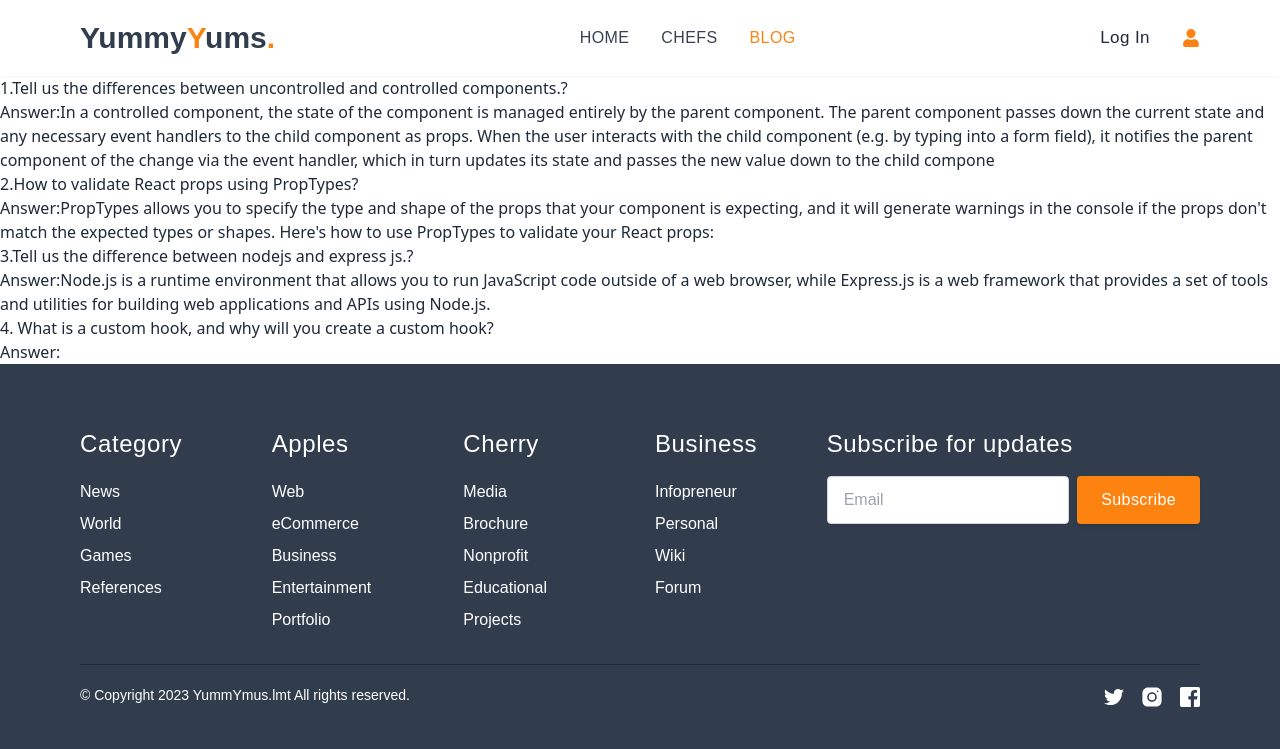
Repository: mdrubel02/yummy-yums-client
Page: /blog
These files come from the project's save history. The page is drawn as it stood at one moment and after the next save; the edit follows.
The browser window is 1280 px wide. The pictures show the whole page.
The project was rebuilt for these pictures with package versions that can differ from the ones it lists, and the page was loaded fresh each time. Also part of the build but not shown: vite.config.js, src/Pages/Home/BannerItem.jsx, src/Pages/Home/Banner.jsx, src/Shared/SectionTitle/SectionTitle.jsx, src/Pages/Chefs/Chef.jsx, src/Pages/Chefs/Chefs.jsx, src/Pages/Home/categories.jsx, src/Pages/Home/Activities.jsx and 13 more.

Above is the page before, as saved 2023-05-04 21:16:29.

### index.html
<!DOCTYPE html>
<html lang="en">
  <head>
    <meta charset="UTF-8" />
    <link rel="icon" type="image/svg+xml" href="/vite.svg" />
    <meta name="viewport" content="width=device-width, initial-scale=1.0" />
    <title>YummyYums</title>
  </head>
  <body>
    <div id="root"></div>
    <script type="module" src="/src/main.jsx"></script>
  </body>
</html>

### src/main.jsx
import React from 'react'
import ReactDOM from 'react-dom/client'
import App from './App'
import './index.css'
import AuthProviders from './Context/AuthProviders'
import router from './Layout/router'
import { RouterProvider } from 'react-router-dom'
import { Toaster } from 'react-hot-toast';

ReactDOM.createRoot(document.getElementById('root')).render(
  <React.StrictMode>
    <AuthProviders>
      <Toaster />
      <RouterProvider router={router} />
    </AuthProviders>
  </React.StrictMode>,
)

### src/Context/AuthProviders.jsx
import { GithubAuthProvider, GoogleAuthProvider, createUserWithEmailAndPassword, getAuth, onAuthStateChanged, signInWithPopup, signOut, updateProfile } from 'firebase/auth';
import React, { createContext, useEffect, useState } from 'react';
import app from '../Firebase/firebase.config';

export const AuthContext = createContext(null)
const auth = getAuth(app);
const AuthProviders = ({children}) => {
   const [user,setUser]=useState(null)
   const [loading,setLoading] = useState(true)
    const googleProvider = new GoogleAuthProvider();
    const githubProvider = new GithubAuthProvider();
  //sign with create user
  const createUser = (email,password)=>{
    return createUserWithEmailAndPassword(auth, email, password)
  }
    // user sign in
    const userSignIn=(email,password)=>{
        setLoading(true)
        return signInWithEmailAndPassword(auth,email,password)
    }
  //signIn with google
    const googleSignIn = ()=>{
        setLoading(true)
        return signInWithPopup(auth, googleProvider)
    }
  //signIn with google
    const githubSignIn = ()=>{
        setLoading(true)
        return signInWithPopup(auth, githubProvider)
    }
       // update user profile
       const updateUserProfile=(profile)=>{
        setLoading(true)
        return updateProfile(auth.currentUser,profile)
    }
    //handle logout
    const handleLogout = ()=>{
        setLoading(true)
        return signOut(auth)
    }
    useEffect(()=>{
        const unsubscribe = onAuthStateChanged(auth, (user) =>{
            console.log('user is here', user);
            setUser(user)
            setLoading(false)
        })
        return ()=>{
            return unsubscribe()
        }
    },[])
    const userInfo = { googleSignIn,createUser,user,handleLogout,updateUserProfile,loading,githubSignIn,userSignIn}
    return (
        <AuthContext.Provider value={userInfo}>
            {children }
        </AuthContext.Provider>
    );
};

export default AuthProviders;

### src/Layout/router.jsx
import { createBrowserRouter } from "react-router-dom";
import Main from "./Main";
import Home from "../Pages/Home/Home";
import Login from "../User/Login";
import Register from "../User/Register";
import Blog from "../Components/Blog/Blog";
import Blogs from "../Pages/Blogs/Blogs";
import ErrorPage from "../Pages/ErrorPage/ErrorPage";
import Chefs from "../Pages/Chefs/Chefs";
import ChefSingle from "../Pages/Chefs/ChefSingle/ChefSingle";
import PrivateRoute from "./PrivateRoute";




const router = createBrowserRouter([{
    path: '/',
    element: <Main />,
    errorElement:<ErrorPage/>,
    children: [
        { path: '/', element: <Home /> },
        { path: '/home', element: <Home /> },
        { path: '/login', element: <Login /> },
        {path:'/register',element:<Register />},
        {path:'/blog',element:<Blogs/>},
        {path:'/chefs',element:<Chefs/>},
        {path:'/chefSingle/:id',
        loader: async ({ params }) => {
            return fetch(`http://localhost:5000/chefSingle/${params.id}`)
        },
        element:<PrivateRoute><ChefSingle/></PrivateRoute>},
    ]
}]);
export default router;

### src/Layout/Main.jsx
import React from 'react';
import { Outlet } from 'react-router-dom';
import Header from '../Shared/Header/Header';
import Footer from '../Shared/Footer/Footer';

const Main = () => {
    return (
        <div>
            <Header />
            <Outlet />
            <Footer />
        </div>
    );
};

export default Main;

### src/Pages/Blogs/Blogs.jsx
import React from 'react';

const Blogs = () => {
    return (
        <section className='container max-auto'>
            <div>
                <h2>1.Tell us the differences between uncontrolled and controlled components.?</h2>
                <p>Answer:In a controlled component, the state of the component is managed entirely by the parent component. The parent component passes down the current state and any necessary event handlers to the child component as props. When the user interacts with the child component (e.g. by typing into a form field), it notifies the parent component of the change via the event handler, which in turn updates its state and passes the new value down to the child compone</p>
                <h2>2.How to validate React props using PropTypes?</h2>
                <p>Answer:PropTypes allows you to specify the type and shape of the props that your component is expecting, and it will generate warnings in the console if the props don't match the expected types or shapes. Here's how to use PropTypes to validate your React props:</p>
                <h2>3.Tell us the difference between nodejs and express js.?</h2>
                <p>Answer:Node.js is a runtime environment that allows you to run JavaScript code outside of a web browser, while Express.js is a web framework that provides a set of tools and utilities for building web applications and APIs using Node.js.</p>
                <h2> 4. What is a custom hook, and why will you create a custom hook?</h2>
                <p>Answer:</p>
            </div>
        </section>
    );
};

export default Blogs;

### src/Shared/Footer/Footer.jsx
import React from 'react';



const Footer = () => {
    return (
        <div className="bg-secondary font-jost">
        <div className="pt-16 mx-auto px-4 sm:px-10 lg:px-20 ">
          <div className="grid row-gap-10 mb-8 lg:grid-cols-6">
            <div className="grid grid-cols-2 gap-5 row-gap-8 lg:col-span-4 md:grid-cols-4">
              <div>
                <p className="font-medium tracking-wide text-white text-2xl mb-5 font-jost">
                  Category
                </p>
                <ul className="mt-2 space-y-2">
                  <li>
                    <a
                      href="/"
                      className="text-white transition-colors duration-300 hover:text-deep-purple-accent-200"
                    >
                      News
                    </a>
                  </li>
                  <li>
                    <a
                      href="/"
                      className="text-white transition-colors duration-300 hover:text-deep-purple-accent-200"
                    >
                      World
                    </a>
                  </li>
                  <li>
                    <a
                      href="/"
                      className="text-white transition-colors duration-300 hover:text-deep-purple-accent-200"
                    >
                      Games
                    </a>
                  </li>
                  <li>
                    <a
                      href="/"
                      className="text-white transition-colors duration-300 hover:text-deep-purple-accent-200"
                    >
                      References
                    </a>
                  </li>
                </ul>
              </div>
              <div>
                <p className="font-medium tracking-wide text-white text-2xl mb-5 font-jost">Apples</p>
                <ul className="mt-2 space-y-2">
                  <li>
                    <a
                      href="/"
                      className="text-white transition-colors duration-300 hover:text-deep-purple-accent-200"
                    >
                      Web
                    </a>
                  </li>
                  <li>
                    <a
                      href="/"
                      className="text-white transition-colors duration-300 hover:text-deep-purple-accent-200"
                    >
                      eCommerce
                    </a>
                  </li>
                  <li>
                    <a
                      href="/"
                      className="text-white transition-colors duration-300 hover:text-deep-purple-accent-200"
                    >
                      Business
                    </a>
                  </li>
                  <li>
                    <a
                      href="/"
                      className="text-white transition-colors duration-300 hover:text-deep-purple-accent-200"
                    >
                      Entertainment
                    </a>
                  </li>
                  <li>
                    <a
                      href="/"
                      className="text-white transition-colors duration-300 hover:text-deep-purple-accent-200"
                    >
                      Portfolio
                    </a>
                  </li>
                </ul>
              </div>
              <div>
                <p className="font-medium tracking-wide text-white text-2xl mb-5 font-jost">Cherry</p>
                <ul className="mt-2 space-y-2">
                  <li>
                    <a
                      href="/"
                      className="text-white transition-colors duration-300 hover:text-deep-purple-accent-200"
                    >
                      Media
                    </a>
                  </li>
                  <li>
                    <a
                      href="/"
                      className="text-white transition-colors duration-300 hover:text-deep-purple-accent-200"
                    >
                      Brochure
                    </a>
                  </li>
                  <li>
                    <a
                      href="/"
                      className="text-white transition-colors duration-300 hover:text-deep-purple-accent-200"
                    >
                      Nonprofit
                    </a>
                  </li>
                  <li>
                    <a
                      href="/"
                      className="text-white transition-colors duration-300 hover:text-deep-purple-accent-200"
                    >
                      Educational
                    </a>
                  </li>
                  <li>
                    <a
                      href="/"
                      className="text-white transition-colors duration-300 hover:text-deep-purple-accent-200"
                    >
                      Projects
                    </a>
                  </li>
                </ul>
              </div>
              <div>
                <p className="font-medium tracking-wide text-white text-2xl mb-5 font-jost">
                  Business
                </p>
                <ul className="mt-2 space-y-2">
                  <li>
                    <a
                      href="/"
                      className="text-white transition-colors duration-300 hover:text-deep-purple-accent-200"
                    >
                      Infopreneur
                    </a>
                  </li>
                  <li>
                    <a
                      href="/"
                      className="text-white transition-colors duration-300 hover:text-deep-purple-accent-200"
                    >
                      Personal
                    </a>
                  </li>
                  <li>
                    <a
                      href="/"
                      className="text-white transition-colors duration-300 hover:text-deep-purple-accent-200"
                    >
                      Wiki
                    </a>
                  </li>
                  <li>
                    <a
                      href="/"
                      className="text-white transition-colors duration-300 hover:text-deep-purple-accent-200"
                    >
                      Forum
                    </a>
                  </li>
                </ul>
              </div>
            </div>
            <div className="md:max-w-md lg:col-span-2">
              <span className="font-medium tracking-wide text-white text-2xl mb-5 font-jost">
                Subscribe for updates
              </span>
              <form className="flex flex-col mt-4 md:flex-row">
                <input
                  placeholder="Email"
                  required
                  type="text"
                  className="flex-grow w-full h-12 px-4 mb-3 transition duration-200 bg-white border border-gray-300 rounded shadow-sm appearance-none md:mr-2 md:mb-0 focus:border-deep-purple-accent-400 focus:outline-none focus:shadow-outline"
                />
                <button
                  type="submit"
                  className="inline-flex items-center justify-center h-12 px-6 font-medium tracking-wide text-white transition duration-200 rounded shadow-md bg-primary"
                >
                  Subscribe
                </button>
              </form>
            </div>
          </div>
          <div className="flex flex-col justify-between pt-5 pb-10 border-t border-gray-800 sm:flex-row">
            <p className="text-sm text-white">
              © Copyright 2023 YummYmus.lmt All rights reserved.
            </p>
            <div className="flex items-center mt-4 space-x-4 sm:mt-0">
              <a
                href="/"
                className="text-white transition-colors duration-300 hover:text-teal-accent-400"
              >
                <svg viewBox="0 0 24 24" fill="currentColor" className="h-5">
                  <path d="M24,4.6c-0.9,0.4-1.8,0.7-2.8,0.8c1-0.6,1.8-1.6,2.2-2.7c-1,0.6-2,1-3.1,1.2c-0.9-1-2.2-1.6-3.6-1.6 c-2.7,0-4.9,2.2-4.9,4.9c0,0.4,0,0.8,0.1,1.1C7.7,8.1,4.1,6.1,1.7,3.1C1.2,3.9,1,4.7,1,5.6c0,1.7,0.9,3.2,2.2,4.1 C2.4,9.7,1.6,9.5,1,9.1c0,0,0,0,0,0.1c0,2.4,1.7,4.4,3.9,4.8c-0.4,0.1-0.8,0.2-1.3,0.2c-0.3,0-0.6,0-0.9-0.1c0.6,2,2.4,3.4,4.6,3.4 c-1.7,1.3-3.8,2.1-6.1,2.1c-0.4,0-0.8,0-1.2-0.1c2.2,1.4,4.8,2.2,7.5,2.2c9.1,0,14-7.5,14-14c0-0.2,0-0.4,0-0.6 C22.5,6.4,23.3,5.5,24,4.6z" />
                </svg>
              </a>
              <a
                href="/"
                className="text-white transition-colors duration-300 hover:text-teal-accent-400"
              >
                <svg viewBox="0 0 30 30" fill="currentColor" className="h-6">
                  <circle cx="15" cy="15" r="4" />
                  <path d="M19.999,3h-10C6.14,3,3,6.141,3,10.001v10C3,23.86,6.141,27,10.001,27h10C23.86,27,27,23.859,27,19.999v-10   C27,6.14,23.859,3,19.999,3z M15,21c-3.309,0-6-2.691-6-6s2.691-6,6-6s6,2.691,6,6S18.309,21,15,21z M22,9c-0.552,0-1-0.448-1-1   c0-0.552,0.448-1,1-1s1,0.448,1,1C23,8.552,22.552,9,22,9z" />
                </svg>
              </a>
              <a
                href="/"
                className="text-white transition-colors duration-300 hover:text-teal-accent-400"
              >
                <svg viewBox="0 0 24 24" fill="currentColor" className="h-5">
                  <path d="M22,0H2C0.895,0,0,0.895,0,2v20c0,1.105,0.895,2,2,2h11v-9h-3v-4h3V8.413c0-3.1,1.893-4.788,4.659-4.788 c1.325,0,2.463,0.099,2.795,0.143v3.24l-1.918,0.001c-1.504,0-1.795,0.715-1.795,1.763V11h4.44l-1,4h-3.44v9H22c1.105,0,2-0.895,2-2 V2C24,0.895,23.105,0,22,0z" />
                </svg>
              </a>
            </div>
          </div>
        </div>
      </div>
    );
};




export default Footer;

Loaded but not shown: src/index.css (common file); src/Firebase/firebase.config.js (18 lines, source omitted); tailwind.config.js (21 lines, source omitted); src/Shared/Header/Header.jsx (190 lines, source omitted)

After the next save:
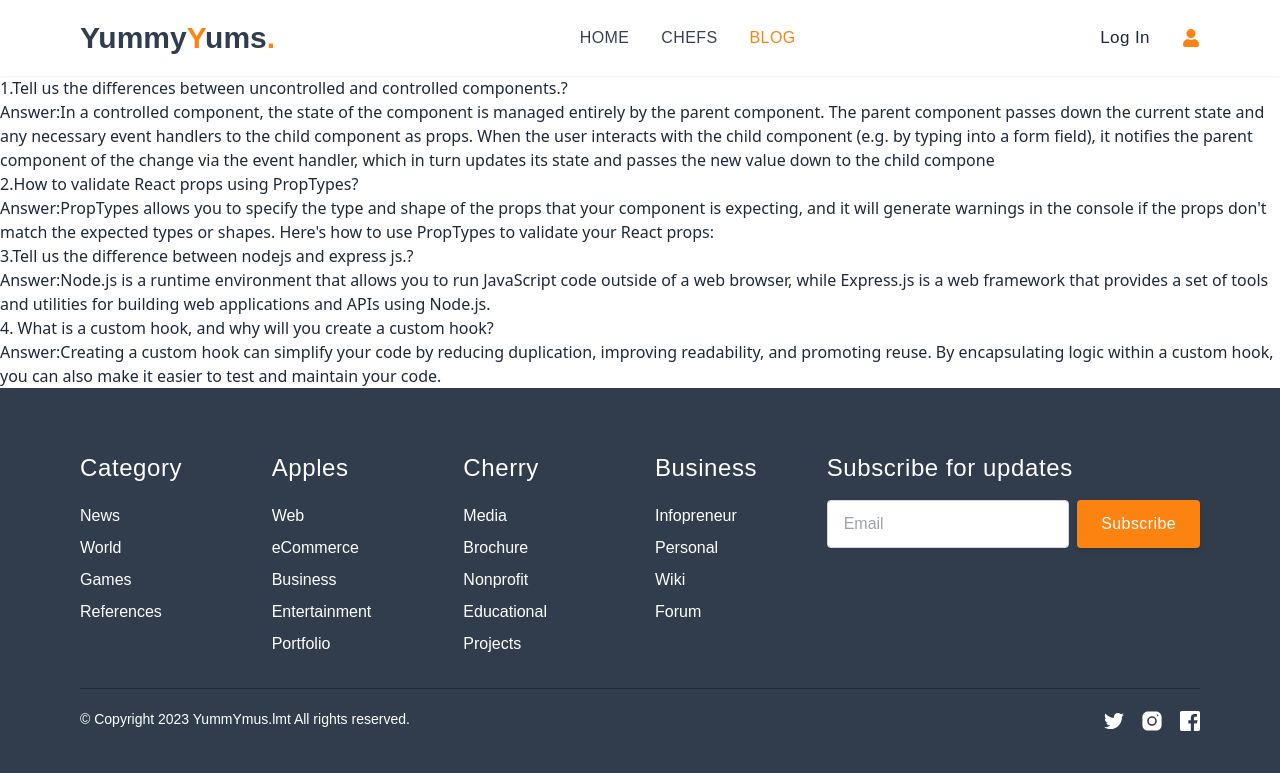
Saved 44 s later.
--- a/src/Pages/Blogs/Blogs.jsx
+++ b/src/Pages/Blogs/Blogs.jsx
@@ -11,7 +11,7 @@ const Blogs = () => {
                 <h2>3.Tell us the difference between nodejs and express js.?</h2>
                 <p>Answer:Node.js is a runtime environment that allows you to run JavaScript code outside of a web browser, while Express.js is a web framework that provides a set of tools and utilities for building web applications and APIs using Node.js.</p>
                 <h2> 4. What is a custom hook, and why will you create a custom hook?</h2>
-                <p>Answer:</p>
+                <p>Answer:Creating a custom hook can simplify your code by reducing duplication, improving readability, and promoting reuse. By encapsulating logic within a custom hook, you can also make it easier to test and maintain your code.</p>
             </div>
         </section>
     );
